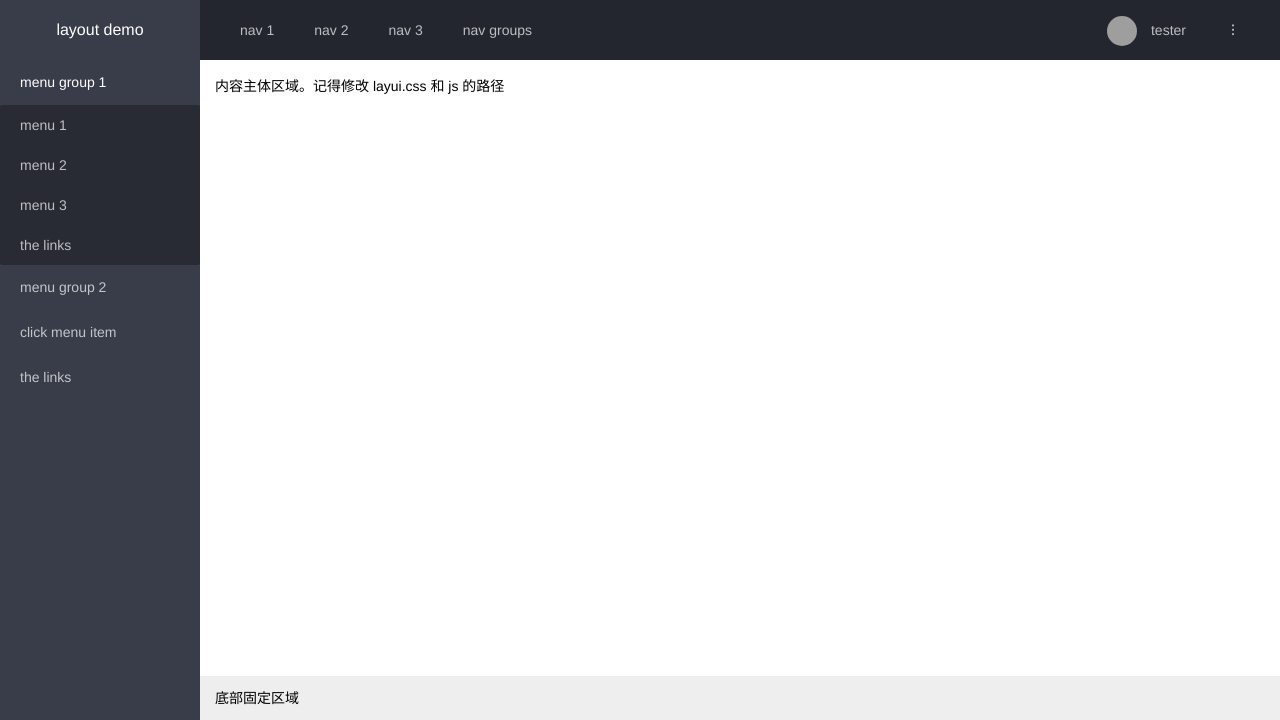
Repository: Janshen111/web_bigevent
Page: index.html
The author's editor kept a copy of each file at every save. The page is drawn from the files as they stood at one save, then again after the next save.
The browser window is 1280 px wide. The pictures show the whole page.
Pictures or frames that could not be fetched are drawn as grey boxes.

Above is the page before, as saved 2022-08-31 15:10:20.

After the next save:
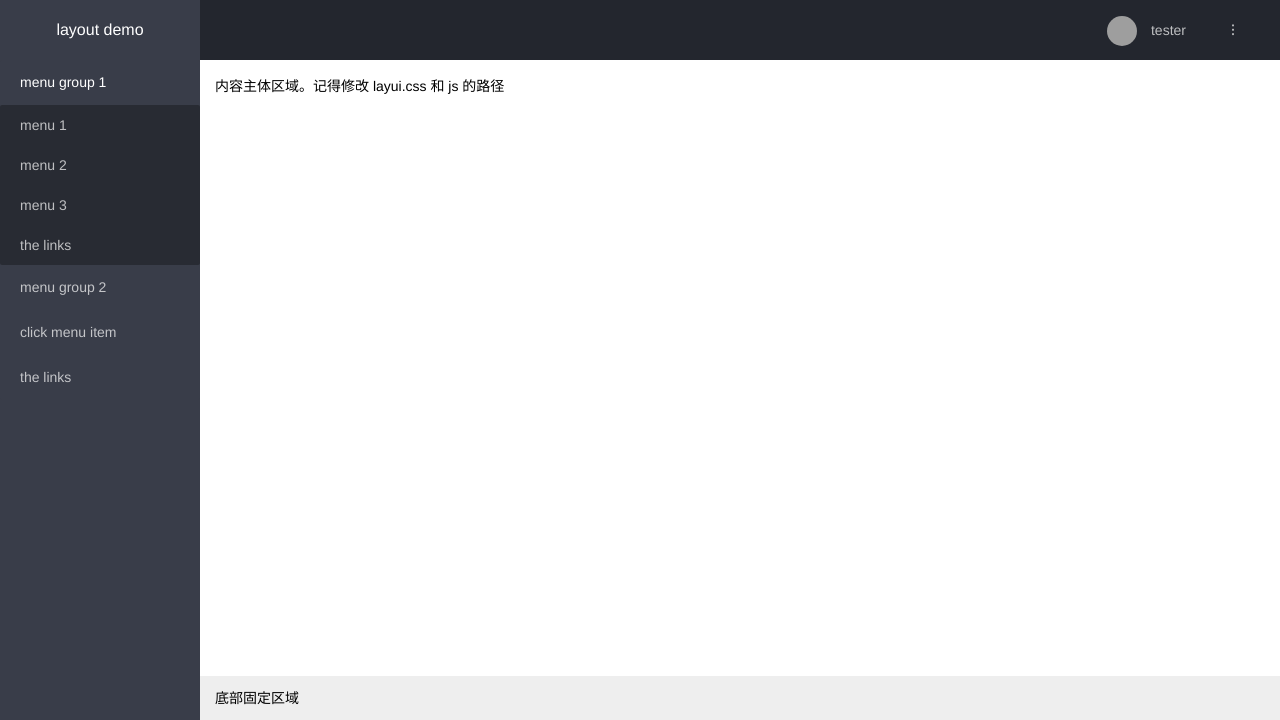
Saved 114 s later.
--- a/index.html
+++ b/index.html
@@ -21,17 +21,11 @@
                 <li class="layui-nav-item layui-show-xs-inline-block layui-hide-sm" lay-header-event="menuLeft">
                     <i class="layui-icon layui-icon-spread-left"></i>
                 </li>
-
-                <li class="layui-nav-item layui-hide-xs"><a href="">nav 1</a></li>
-                <li class="layui-nav-item layui-hide-xs"><a href="">nav 2</a></li>
-                <li class="layui-nav-item layui-hide-xs"><a href="">nav 3</a></li>
-                <li class="layui-nav-item">
-                    <a href="javascript:;">nav groups</a>
-                    <dl class="layui-nav-child">
-                        <dd><a href="">menu 11</a></dd>
-                        <dd><a href="">menu 22</a></dd>
-                        <dd><a href="">menu 33</a></dd>
-                    </dl>
+                <dl class="layui-nav-child">
+                    <dd><a href="">menu 11</a></dd>
+                    <dd><a href="">menu 22</a></dd>
+                    <dd><a href="">menu 33</a></dd>
+                </dl>
                 </li>
             </ul>
             <ul class="layui-nav layui-layout-right">
